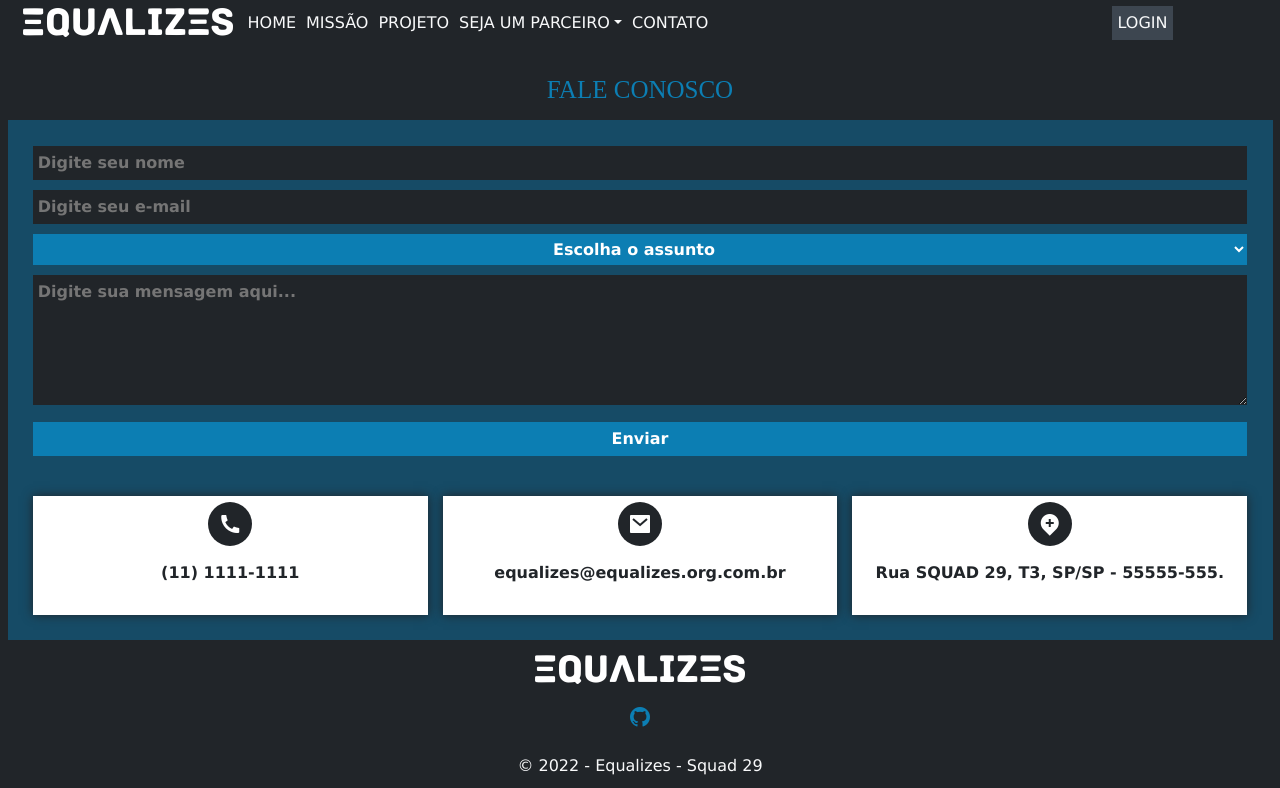
Repository: SQUAD29T3/-SpringEqualizesFinal
Page: http://localhost/admin/contato/editar
An editor plug-in stored every save of this project. The page is shown before and after the next save, followed by the edit.
The browser window is 1280 px wide. The pictures show the whole page.
The page is this project's Thymeleaf template; nobody is signed in. The template is opened directly, without the code that normally fills it, so the values that code supplies are empty.

Above is the page before, as saved 2022-10-25 15:54:13.

### SpringEqualizes/src/main/resources/templates/admin/contato/editar.html
<!DOCTYPE html>
<html lang="pt-br">

<head>
	<meta charset="UTF-8">
	<meta http-equiv="X-UA-Compatible" content="IE=edge">
	<meta name="viewport" content="width=device-width, initial-scale=1.0">

	<!-- BOOTSTRAP CSS -->
	<link href="https://cdn.jsdelivr.net/npm/bootstrap@5.0.2/dist/css/bootstrap.min.css" rel="stylesheet"
		integrity="sha384-EVSTQN3/azprG1Anm3QDgpJLIm9Nao0Yz1ztcQTwFspd3yD65VohhpuuCOmLASjC" crossorigin="anonymous">

	<!-- ICON DO SITE (E) -->
	<link rel="shortcut icon" th:href="@{/img/icon.jpg}" type="image/x-icon">

	<!-- ICON SITE REMIXICON -->
	<link href="https://cdn.jsdelivr.net/npm/remixicon@2.5.0/fonts/remixicon.css" rel="stylesheet">

	<!-- CSS EXTERNO -->
	<link rel="stylesheet" th:href="@{css/all.css}">

	<link rel="stylesheet" th:href="@{/css/contato.css}">

	<title> Fale conosco | Equalizes </title>

</head>

<body>


	<div class="container-fluid">

		<!-- INÍCIO MENU -->

		<div class="row">

			<div class="col-12 mb-5">

				<nav class="navbar navbar-expand-lg navbar-light bg-dark">
					<div class="container-fluid">
						<a class="navbar-brand" href="/">

							<img th:src="@{/img/logo_equalizes_white.png}" alt="logo" class="logo">

						</a>
						<button class="navbar-toggler d-lg-none" type="button" data-bs-toggle="collapse"
							data-bs-target="#collapsibleNavId" aria-controls="collapsibleNavId" aria-expanded="false"
							aria-label="Toggle navigation" style="background-color: #164B66;">
							<span class="navbar-toggler-icon"></span>
						</button>
						<div class="collapse navbar-collapse text-center" id="collapsibleNavId">
							<ul class="navbar-nav me-auto mt-2 mt-lg-0">
								<li class="nav-item active">
									<a class="nav-link text-light btn-hover" href="/"> HOME <span
											class="visually-hidden">(current)</span></a>
								</li>
								<li class="nav-item">
									<a class="nav-link text-light btn-hover" href="/"> MISSÃO </a>
								</li>
								<li class="nav-item">
									<a class="nav-link text-light btn-hover" href="/"> PROJETO </a>
								</li>

								<li class="nav-item dropdown">
									<a class="nav-link dropdown-toggle text-light btn-hover" href="#" id="dropdownId"
										data-bs-toggle="dropdown" aria-haspopup="true" aria-expanded="false">SEJA UM
										PARCEIRO</a>
									<div class="dropdown-menu" aria-labelledby="dropdownId">
										<a class="dropdown-item text-center btn-hover"
											href="/cadastroEscola">ESCOLAS</a>

										<hr class="dropdown-divider">

										<a class="dropdown-item text-center btn-hover"
											href="/cadastroEmpresa">EMPRESAS</a>
									</div>
								</li>

								<li class="nav-item">
									<a class="nav-link text-light btn-hover" href="#"> CONTATO </a>
								</li>
								<li class="nav-item">
									<a class="nav-link text-light btn-login float-right" href="/login"> LOGIN </a>
								</li>

							</ul>

						</div>
					</div>
				</nav>

			</div>

		</div>

		<!-- FIM MENU -->


		<!-- INÍCIO CONTATOS -->


		<div class="row">

			<div class="col-12 mb-3">

				<h1> FALE CONOSCO</h1>

			</div>


		</div>


		<main>

			<div class="row">

				<!-- INÍCIO FORMULÁRIO -->
				<div class="col-12">

					<form method="post" th:object="${contatos}">

						<div class="col-12">

							<input type="text" name="nome" id="nome_contato" required placeholder="Digite seu nome">

						</div>

						<div class="col-12 mt-3">

							<input type="email" name="email" id="email_contato" placeholder="Digite seu e-mail"
								required>

						</div>

						<div class="col-12 mt-3">

							<select name="assunto" id="assunto_contato" required>

									<option value="0">Escolha o assunto</option>
									<option value="Assuntos financeiros">Assuntos financeiros</option>
									<option value="Assuntos relacionados a marketing">Assuntos relacionados a marketing</option>
									<option value="Dúvidas sobre como ser uma empresa parceira">Dúvidas sobre como ser uma empresa parceira</option>
									<option value="Dúvidas sobre como ser uma escola parceira">Dúvidas sobre como ser uma escola parceira</option>
									<option value="Dúvidas sobre como doar sendo pessoa física">Dúvidas sobre como doar sendo pessoa física</option>

							</select>

						</div>


						<div class="col-12 mt-3">
							<textarea name="mensagem" id="mensagem_contato" cols="30" rows="5" placeholder="Digite sua mensagem aqui..." required></textarea>

						</div>


						<div class="col-12 mt-3">

							<input type="date" class="form-control" name="dataContato" 	id="dataContato"  hidden />

							<input type="submit" value="Enviar">

						</div>



					</form>

					<!-- FIM FORMULÁRIO -->


				</div>



			</div>


			<!-- CARDS CONTATO -->

			<div class="row mt-5 alinhamento-linha">

				<!-- CARD PHONE -->

				<div class="col-md-4 mt-3">

					<div class="div-contatos">

						<div class="icon">

							<i class="ri-phone-fill ri-xl"></i>

						</div>
						<p> (11) 1111-1111 </p>

					</div>


				</div>


				<!-- CARD EMAIL -->
				<div class="col-md-4 mt-3">

					<div class="div-contatos">

						<div class="icon">
							<i class="ri-mail-fill ri-xl"></i>
						</div>

						<p> equalizes@equalizes.org.com.br </p>

					</div>


				</div>


				<!-- CARD ENDEREÇO -->
				<div class="col-md-4 mt-3">

					<div class="div-contatos">

						<div class="icon">
							<i class="ri-map-pin-add-fill ri-xl"></i>
						</div>

						<p> Rua SQUAD 29, T3, SP/SP - 55555-555. </p>

					</div>


				</div>


			</div>


		</main>

		<!-- FIM CONTATOS -->


		<!-- ICON SCROLL TOP -->

		<i onclick="subirTela()" class="ri-arrow-up-s-line" id="icon-top"></i>

		<!-- ICON SCROLL TOP -->


		<!-- RODAPÉ -->

		<footer>


			<div class="row">

				<div class="col-12 text-center mt-4">

					<img th:src="@{/img/logo_equalizes_white.png}" alt="logo" class="logo">

				</div>

			</div>



			<div class="row">

				<div class="col-12 text-center mt-4">


					<div class="icon-redeSociais">

						<a href="https://github.com/SQUAD29T3" target="_blank"> <i class="ri-github-fill"></i></a>


					</div>


				</div>

			</div>


			<div class="row">
				<div class="col-12">

					<p class="text-light text-center pt-4"> &copy 2022 - Equalizes - Squad 29 </p>

				</div>
			</div>


		</footer>

		<!-- FIM RODAPÉ -->

	</div>


	<!-- INSERINDO VALOR AO INPUT DATA -->
	<script>
		const inputDate = document.querySelector('#dataContato');
		const dataHoje = new Date();

		const d = dataHoje.getDate().toString().padStart(2, '0'); // Dia com 2 digitos;
		const m = String(dataHoje.getMonth() + 1).padStart(2, '0'); // Mês com 2 digitos
		const y = dataHoje.getFullYear(); // Ano com 4 digitos


		inputDate.value = `${y}-${m}-${d}`;

	</script>


	<!-- JAVASCRIPT EXTERNO -->
	<script th:src="@{/js/all.js}"></script>


	<!-- BOOTSTRAP JS -->
	<script src="https://cdn.jsdelivr.net/npm/bootstrap@5.0.2/dist/js/bootstrap.bundle.min.js"
		integrity="sha384-MrcW6ZMFYlzcLA8Nl+NtUVF0sA7MsXsP1UyJoMp4YLEuNSfAP+JcXn/tWtIaxVXM"
		crossorigin="anonymous"></script>

</body>

</html>

### SpringEqualizes/src/main/resources/static/css/contato.css
h1 {
    color: #0C7EB3;
    text-align: center;
    font-family: fantasy;
    text-shadow: none;
}


main {
    border-radius: 0;
    background-color: #164B66;
    padding: 2%;

}


/* CARDS CONTATOS */

.alinhamento-linha {
    display: flex;
    align-items: center;

}


.div-contatos {

    background-color: #ffffff;

    display: flex;
    flex-direction: column;
    justify-content: center;
    align-items: center;

    padding: 2rem;
    box-shadow: 0 0 1rem #212529;

}

.div-contatos p {
    margin-top: 2rem;
    color: #212529;
    font-weight: bolder;

}

/* ICONES */
.icon>i {

    background-color: #212529;
    color: #ffffff;
    padding: 1rem;
    border-radius: 50%;

}

/* FIM CARDS CONTATOS */



/* INÍCIO FORMULÁRIO */
form {
    /* background-color: #171f27; */
    border-radius: 10px;

}

/* INPUTS DE EMAIL E SENHA */

input[type="text"],
input[type="email"],
textarea,
select {

    background-color: #212529;
    width: 100%;
    color: #ffffff;
    font-weight: bold;
    size: 1.4rem;
    padding: 0.5rem;
    border: none;
    outline: none;

}

option {

    font-family: monospace;

}


optgroup {
    background-color: #212529;
}

select {
    text-align: center;
    background-color: #0C7EB3;
    color: #ffffff;
}

input[type="text"]:focus,
input[type="email"]:focus,
textarea:focus,
select:focus {

    width: 100%;
    box-shadow: 0 0 0.2rem 0.2rem #164B66;

}

/* BOTÃO ENVIAR */

input[type="submit"] {
    background-color: #0C7EB3;
    color: #ffffff;
    font-weight: bold;
    width: 100%;
    padding: 0.5rem 2rem;
    border: none;
    transition: all .2s;
}

input[type="submit"]:hover {
    background-color: #ffffff;
    color: #164B66;
    font-weight: bold;
    padding: 0.5rem 2rem;


}


/* MEDIA CONFORME md do Bootstrap */
@media only screen and (max-width: 768px) {


    /* Usar se houver necessidade */


}

### SpringEqualizes/src/main/resources/static/js/all.js

//REALIZA O SCROLL
function subirTela() {

    window.scrollTo({
        top: 0,
        left: 0,
        behavior: 'smooth'
    });

}


// CONDIÇÃO PARA MOSTRAR OU NÃO O BOTÃO

function btnScroll() {

    if (window.scrollY < 200) {
        document.getElementById("icon-top").style.display = "none";

    } else {
        document.getElementById("icon-top").style.display = "block";
    }
};

// Monitora o scroll.
window.addEventListener('scroll', btnScroll);



// MENU - ADMIN
function menuToggle() {

    let menuArea = document.getElementById("menu-area");

    if (menuArea.classList.contains('menu-aberto') == true) {

        menuArea.classList.remove('menu-aberto');

    } else {
        menuArea.classList.add('menu-aberto');
    }

}

### SpringEqualizes/src/main/resources/static/css/admin.css
* {
    margin: 0;
    padding: 0;
    box-sizing: border-box;
}


/* SCROLLBAR */

::-webkit-scrollbar {
    width: 1rem;
    height: 0.5rem;
    background-color: #212529;
}

::-webkit-scrollbar-thumb {
    background-color: #164B66;
    border-radius: 20px;
}

/* FIM SCROLLBAR */


html {
    font-size: 62.5%;
}

body {
    font-family: 'Lucida Sans', 'Lucida Sans Regular', 'Lucida Grande', 'Lucida Sans Unicode', Geneva, Verdana, sans-serif;

    font-size: 1.6rem;

}



/* INÍCIO ICON DO SCROLL TOP */

#icon-top {
    background-color: #3d4650;
    color: #ffffff;

    padding: 0.5rem 1rem;
    text-align: center;


    border-radius: 50%;
    box-shadow: 0 0 0.1rem 0.1rem #ffffff;

    display: none;

    font-size: 2rem;
    font-weight: bold;

    position: fixed;
    right: 1rem;
    bottom: 2rem;

    cursor: pointer;
}

#icon-top:hover {
    background-color:  #164B66;
}

/* FIM ICON DO SCROLL TOP */




header {
	background-color: #212529;
	height: 10vh;

	display: flex;
	justify-content: space-between;
	align-items: center;
}


.logo {
    width: 21rem;
    height: 2.9rem;
}

.menuIcon {
   background-color: #212529;
   color: #fff;
   font-size: 3rem;

   padding: 0.1rem;
   border-radius: 1rem;;

}


/* INÍCIO MENU */

aside {
    position: fixed;
    top: 0;
    right: 0;
    z-index: 999;
    display: flex;
}

/* INÍCIO ÁREA DA IMG - ICON MENU */
#menu-opener {
    width: 40px;
    height: 40px;
    cursor: pointer;
    margin-top: 1.2rem;
    margin-right: 0.5rem;
}



/* FIM ÁREA DA IMG - ICON MENU */


/* INÍCIO LISTA/MENU */

#menu-area {
    width: 0;
    height: 100vh;
    background:  #164B66;
    overflow-x: hidden;
    overflow-y: auto;
    transition: all ease .5s;
}

#menu-area ul,
#menu-area li {
    padding: 0;
    list-style: none;
}

#menu-area li {
    display: flex;
    gap: 1rem;
    align-items: center;
    padding: 1rem;
    color: #fff;
    cursor: pointer;
}

#menu-area li:hover {
    background: #212529;
}

/* FIM LISTA/MENU */


/* APLICAÇÃO NO JS - ClassList */
.menu-aberto {
    width: 30rem !important;

}



/* FIM MENU */



.dropdown-menu {
    width: 100%;
    font-size: 1.6rem;
}





.btn-hover {
	background-color: #164B66;
	color: #fff;
	border: none;
	border-radius: 1rem;
    transition: all .2s;
}

.btn-hover:hover {
    background-color: #2EA043;
}


/* FIM MENU */







/* INÍCIO MAIN */

main {
    background-color: #fff;
    color: #3d465038;
    height: auto;
    border-radius: 1rem;
}


/* INÍCIO ADM */
.col-sm-4 > a {
	background-color: #164B66;
	color:  #fff;
	transition: all 0.2s;
	gap: 1rem;
	padding: 1rem;

	display: flex !important;
	flex-direction: column !important;

}

.col-sm-4 a:hover {
	background-color: #0C7EB3;
	color: #fff;
}








h1 {
	color: #164B66;
	text-align: center;
	margin: 2rem 0;
}


input {
	padding: 0.5rem;
}


/* FIM MAIN */


#table {
	overflow-y: auto;
}


/* INÍCIO FOOTER */

footer {
	background-color: #212529;
    height: auto;
}

.icon-redeSociais {
    font-size: 2.4rem;
}

footer i, a {
    text-decoration: none;
    color: #0C7EB3;
    cursor: pointer;
}


footer i:hover {

    color: #212529;

}

/* FIM FOOTER */




@media only screen and (max-width: 600px) {

	html {
		font-size: 55%;
	}



}

Loaded but not shown: SpringEqualizes/src/main/resources/static/css/all.css (library)

After the next save:
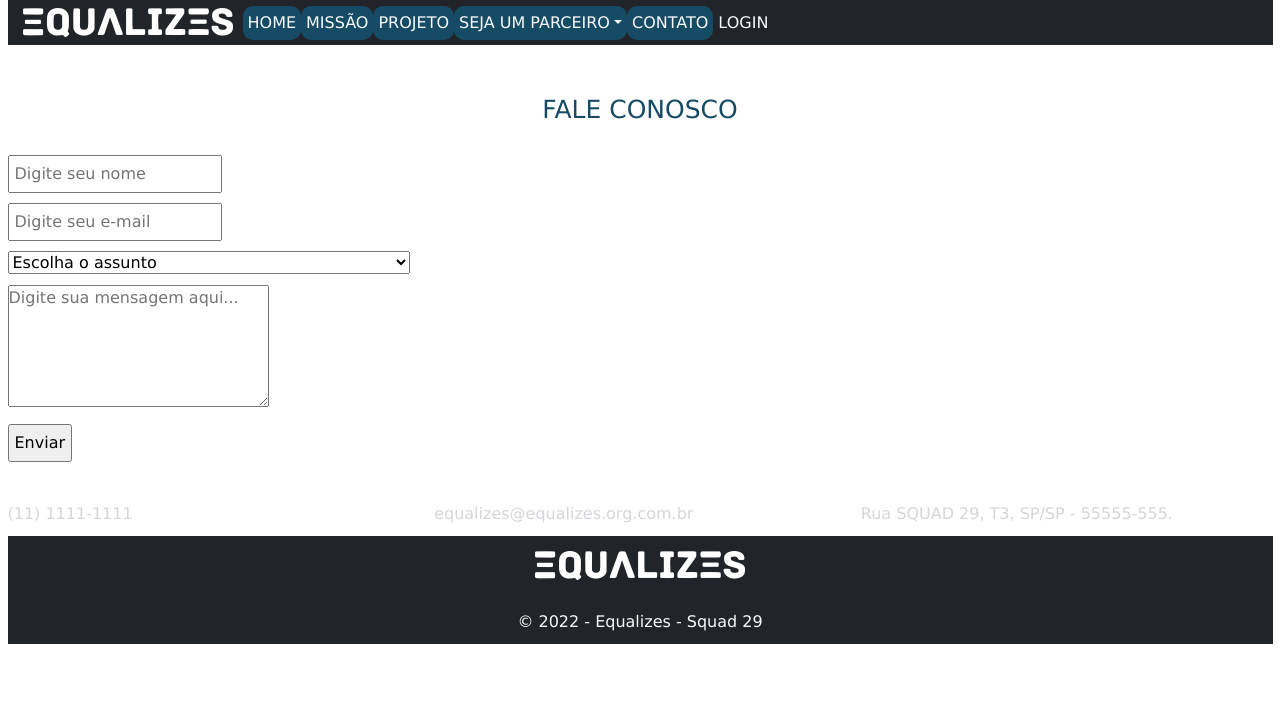
Saved 6 min 26 s later.
--- a/SpringEqualizes/src/main/resources/templates/admin/contato/editar.html
+++ b/SpringEqualizes/src/main/resources/templates/admin/contato/editar.html
@@ -13,13 +13,8 @@
 	<!-- ICON DO SITE (E) -->
 	<link rel="shortcut icon" th:href="@{/img/icon.jpg}" type="image/x-icon">
 
-	<!-- ICON SITE REMIXICON -->
-	<link href="https://cdn.jsdelivr.net/npm/remixicon@2.5.0/fonts/remixicon.css" rel="stylesheet">
-
-	<!-- CSS EXTERNO -->
-	<link rel="stylesheet" th:href="@{css/all.css}">
-
-	<link rel="stylesheet" th:href="@{/css/contato.css}">
+
+	<link rel="stylesheet" th:href="@{/css/admin.css}">
 
 	<title> Fale conosco | Equalizes </title>
 
